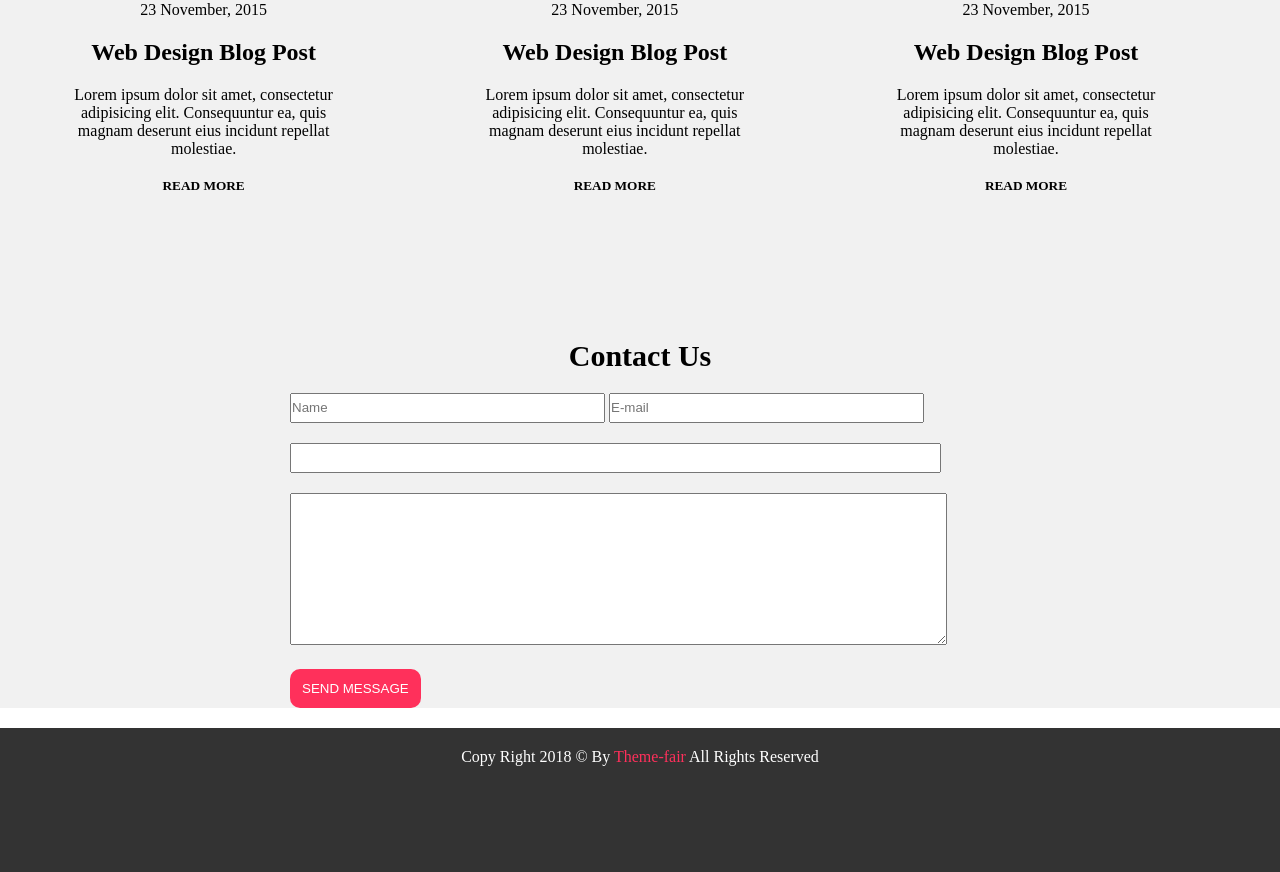
Repository: Ahmedalid/New-project
Page: Rout/index.html
These files come from the project's save history. The page is drawn as it stood at one moment and after the next save; the edit follows.
The browser window is 1280 px wide. The pictures show the part of the page from y = 3461 to 4333 px (the page is 4333 px tall).
A picture or video elsewhere on the page could not be fetched, so the positions and the page height are approximate.

Above is the page before, as saved 2023-05-24 20:01:17.

### Rout/index.html
<!DOCTYPE html>
<html lang="en">

<head>
    <meta charset="UTF-8">
    <meta http-equiv="X-UA-Compatible" content="IE=edge">
    <meta name="viewport" content="width=device-width, initial-scale=1.0">
    <link rel="stylesheet" href="https://cdnjs.cloudflare.com/ajax/libs/font-awesome/6.4.0/css/all.min.css">
    <link rel="stylesheet" href="css/style.css">
    <title>Document</title>
</head>

<body>
    <div class="bg-img" style="background-image: url(img/slider-02.jpg);">

        <div class="container pt">
            <div class="header-nav logo-nav">
                <h2>Fokir</h2>
            </div>
            <div class="header-nav">
                <ul>
                    <li><span class="nav-home">Home</span></li>
                    <li>About</li>
                    <li>Services </li>
                    <li>Portfolio</li>
                    <li>Testimonial</li>
                    <li>Blog </li>
                    <li>Contact</li>


                </ul>

            </div>
        </div>
        <div class="auto container">
            <h4 class="mt">Hello i'm</h4>
            <h1 class="mt">ALEX SMITH</h1>
            <p class="mt">Professional Web DesignerDesignerDeveloper</p>
        </div>

    </div>
    <div class="section-mt">
        <div class="section-2 container ">
            <div class="element-1">
                <span>
                    <img src="img/work-7.jpg" alt="Work-7">
                </span>
            </div>
            <div class="element-1">
                <h1><span>I</span>HELLO,</h1>
                <p class="mt">
                    Lorem ipsum dolor sit amet, consectetur adipisicing elit, sed do eiusmod tempor incididunt ut labore
                    et dolore magna aliqua. Ut enim ad minim veniam, quis nostrud exercitation ullamco laboris nisi ut
                    aliquip ex ea commodo consequat. Duis aute irure dolor in reprehenderit in voluptate velit esse
                    cillum dolore eu fugiat nulla pariatur. Excepteur sint occaecat cupidatat non proident, sunt in
                    culpa qui officia deserunt mollit anim id est laborum.
                </p>
                <div class="mt border"> </div>
                <div class="Name mt">
                    <div class="mt">Name: Rdam smith</div>
                    <div class="mt">Age: 26 Year</div>
                    <div class="mt">Freelance: Available</div>
                </div>
                <div class="Name mt">
                    <div class="mt">Job Title: UI/UX Designe</div>
                    <div class="mt">Location: United States, US</div>
                    <div class="mt">E-mail: example@gmail.com</div>
                </div>
                <div class="mt">
                    <button class="btn">Download CV <span><i class="fa fa-download"
                                aria-hidden="true"></i></span></button>

                    <button class="btn">Hire My <span><i class="fa fa-paper-plane"
                                aria-hidden="true"></i></span></button>
                </div>


            </div>
        </div>
    </div>
    <!-- section-3 -->
    <div class="section-bg">
        <section class="section-mt  ">
            <h1 class="pt">Our Services</h1>
            <div class="mt ">
                <div class="Services text-center">
                    <span class="mt"><i class="fa-solid fa-pen text-color"></i></span>
                    <h2 class="mt">UI/UX DESIGN</h2>
                    <p class="mt"> Lorem ipsum dolor sit amet, consectetur adipisicing elit. Ratione adipisci mollitia
                        quis
                        necstatibus.</p>
                </div>
                <div class="Services text-center">
                    <span class="mt"><i class="fa-solid fa-pen text-color"></i></span>
                    <h2 class="mt">APP DEVELOPMENT</h2>
                    <p class="mt"> Lorem ipsum dolor sit amet, consectetur adipisicing elit. Ratione adipisci mollitia
                        quis
                        necstatibus.</p>
                </div>
                <div class="Services text-center">
                    <span class="mt"><i class="fa-solid fa-pen text-color"></i></span>
                    <h2 class="mt">PRODUCT DESIGN</h2>
                    <p class="mt"> Lorem ipsum dolor sit amet, consectetur adipisicing elit. Ratione adipisci mollitia
                        quis
                        necstatibus.</p>
                </div>
                <div class="Services text-center">
                    <span class="mt"><i class="fa-solid fa-pen text-color"></i></span>
                    <h2 class="mt">UI/UX DESIGN</h2>
                    <p class="mt"> Lorem ipsum dolor sit amet, consectetur adipisicing elit. Ratione adipisci mollitia
                        quis
                        necstatibus.</p>
                </div>

            </div>
        </section>
    </div>
    <!-- section-4 -->
    <div class="">
        <section class="section-mt  ">
            <h1 class="pt">Our Portfolio</h1>
            <div class="text-center">
                <p class="p-Our">All</p>
                <p class="p-Our">GRAPHIC</p>
                <p class="p-Our">WEB DESIGN</p>
                <p class="p-Our">PRADNIG</p>
            </div>
            <div class="mt container">
                <div class="Portfolio text-center">
                    <span>
                        <img src="img/1.jpg" alt="">
                    </span>
                </div>
                <div class="Portfolio text-center">
                    <span>
                        <img src="img/2.jpg" alt="">
                    </span>
                </div>
                <div class="Portfolio text-center">
                    <span>
                        <img src="img/3.jpg" alt="">
                    </span>
                </div>
                <div class="Portfolio text-center">
                    <img src="img/5.jpg" alt="">
                </div>
                <div class="Portfolio text-center">
                    <img src="img/4.jpg" alt="">
                </div>
                <div class="Portfolio text-center">
                    <img src="img/6.jpg" alt="">
                </div>

            </div>
        </section>
    </div>

    <div class="section-bg">
        <section class="section-mt  ">
            <div class="mt ">
                <div class="Services text-center">
                    <span class="mt"><i class="fa-solid fa-pen text-color"></i></span>
                    <h2 class="mt">7</h2>
                    <p class="mt">Lorem, ipsum dolor.</p>
                </div>
                <div class="Services text-center">
                    <span class="mt"><i class="fa-solid fa-pen text-color"></i></span>
                    <h2 class="mt">9</h2>
                    <p class="mt"> Lorem ipsum dolor sit..</p>
                </div>
                <div class="Services text-center">
                    <span class="mt"><i class="fa-solid fa-pen text-color"></i></span>
                    <h2 class="mt">5</h2>
                    <p class="mt">Lorem ipsum dolor sit..</p>
                </div>
                <div class="Services text-center">
                    <span class="mt"><i class="fa-solid fa-pen text-color"></i></span>
                    <h2 class="mt">7</h2>
                    <p class="mt"> Lorem, ipsum dolor.</p>
                </div>

            </div>
        </section>
    </div>
    <section class="section-mt">
        <h1 class="text-center">Client's Feedback</h1>
        <div class="text-center mt">
            <img src="img/2 (1).jpg" alt="" class="w-3">
        </div>
    </section>
    <div class="section-bg">
        <section class="section-mt  ">
            <h1 class="pt">Our Blog</h1>
            <div class="mt ">
                <div class="Blog text-center">
                    <span class="mt">
                        <img src="img/1 (1).jpg" alt="">
                    </span>
                    <p class="mt">23 November, 2015</p>
                    <h2 class="mt"> Web Design Blog Post </h2>
                    <p class="mt">Lorem ipsum dolor sit amet, consectetur adipisicing elit. Consequuntur ea, quis magnam deserunt
                        eius incidunt repellat molestiae.</p>
                        <h5 class="mt">READ MORE </h5>


                </div>
                <div class="Blog text-center">
                    <span class="mt">
                        <img src="img/1 (1).jpg" alt="">
                    </span>
                    <p class="mt">23 November, 2015</p>
                    <h2 class="mt"> Web Design Blog Post </h2>
                    <p class="mt">Lorem ipsum dolor sit amet, consectetur adipisicing elit. Consequuntur ea, quis magnam deserunt
                        eius incidunt repellat molestiae.</p>
                        <h5 class="mt">READ MORE </h5>


                </div>
                <div class="Blog text-center">
                    <span class="mt">
                        <img src="img/1 (1).jpg" alt="">
                    </span>
                    <p class="mt">23 November, 2015</p>
                    <h2 class="mt"> Web Design Blog Post </h2>
                    <p class="mt">Lorem ipsum dolor sit amet, consectetur adipisicing elit. Consequuntur ea, quis magnam deserunt
                        eius incidunt repellat molestiae.</p>
                        <h5 class="mt">READ MORE </h5>


                </div>



            </div>
        </section>
        <section class="section-mt">
            <div class="text-center">
                <h1>Contact Us</h1>

            </div>
            <div class="Contact">
                <div class="mt">
                 <input type="text" placeholder="Name" class="w-5 h-input" name="" id="">
                <input type="text" name="" id="" placeholder="E-mail" class="w-5 input-l h-input">
                <input type="text" class="w-10 mt h-input" name="" id="">
                <textarea name="" class="mt" id="" cols="80" rows="10"></textarea>
                <button class="btn mt">SEND MESSAGE</button>
                </div>
            </div>
        </section>
    </div>
    <footer class="mt">
        <div class="text-center">
            <span></span>

            <p class="mt">Copy Right 2018 © By <span class="Theme-fair">Theme-fair</span> All Rights Reserved</p>
        </div>
    </footer>
</body>

</html>

### Rout/css/style.css
*{
    margin: 0;
    padding: 0;
    box-sizing: border-box;
}
.container{
    margin: auto 111px;
}
.bg-img{
    background-repeat: no-repeat;
    background-size: cover;
    height: 100vh;
}
.header-nav{
    display: inline-block;
    width: 49%;
    color: white;
}
.pt{
    padding-top: 25px;
}
.mt{
    margin-top: 20px;
}
.logo-nav h2{
    color: #ff305b;
    font-weight: bold;
    cursor: pointer;
    transition: 1.5s;
}
.logo-nav h2:hover{
    text-decoration: underline;
}
.header-nav ul li{
    display: inline-block;
    padding-left: 17px;
}
.nav-home{
    color: #ff305b;
}
.header-nav ul li:hover{
    text-decoration: underline;
    color: #ff305b;
    cursor: pointer;
}
.auto{
    /* margin: auto; */
    padding-top: 230px;
    color: white;
    text-align: center;
    font-weight: bold;
}
.element-1{
    display: inline-block;
    width: 49%;
    vertical-align: top;
}
.element-1 h1 span{
    color: #ff305b;
}
.border{
    border: dotted 1px black;
}
.Name{
    display: inline-block;
    width: 48%;
}
.section-mt{
    margin-top: 30px;
}
.btn{
    border: none;
    outline: none;
    background-color: #ff305b;
    color: white;
    padding: 12px;
    border-radius: 10px;
    cursor: pointer;
    transition: 0.5s;
}
.btn:hover{
    background-color: #ec2403;
}
.btn span i{
    margin-left: 7px;
}
.section-mt h1{
    text-align: center;
    font-size: 30px;
    font-weight: bold;
    padding-top: 100px;
}
.section-bg{
    background-color: #f1f1f1;

}
.Services{
    margin: auto 50px;
    display: inline-block;
    width: 15%;
    padding: 15px;
    cursor: pointer;
    transition: width 2s;
}
.text-color{
    color: #ff305b;
}
.text-center{
    text-align: center;
}
.Services:hover{
    background-color: white;
    width: 20%;

}

.Portfolio{
    /* margin: auto 50px; */
    display: inline-block;
    width: 33%;
    /* padding: 15px; */
    cursor: pointer;
    transition: width 2s;
}
img{
    width: 100%;
}
.p-Our{
    display: inline-block;
    text-align: center;
    margin-top: 15px;
    padding-left: 20px;
    transition: all 0.5s;
    cursor: pointer;
}
.p-Our:hover{
    border-bottom: 1px solid #ff305b;
}
.w-3{
    width: 30%;
}
.Blog{
    margin: auto 50px;
    display: inline-block;
    width: 24%;
    padding: 15px;
    cursor: pointer;
    transition: width 2s;
}
.Contact{
    margin: auto 290px;
}
.w-5{
    width: 45%;
}
.h-input{
    height: 30px;
}
.w-10{
    width: 93%;
}
.Theme-fair{
    color: #ff305b;
}
footer{
    background-color: #333333;
    height: 20vh;
overflow: auto;
color: white;
}

After the next save:
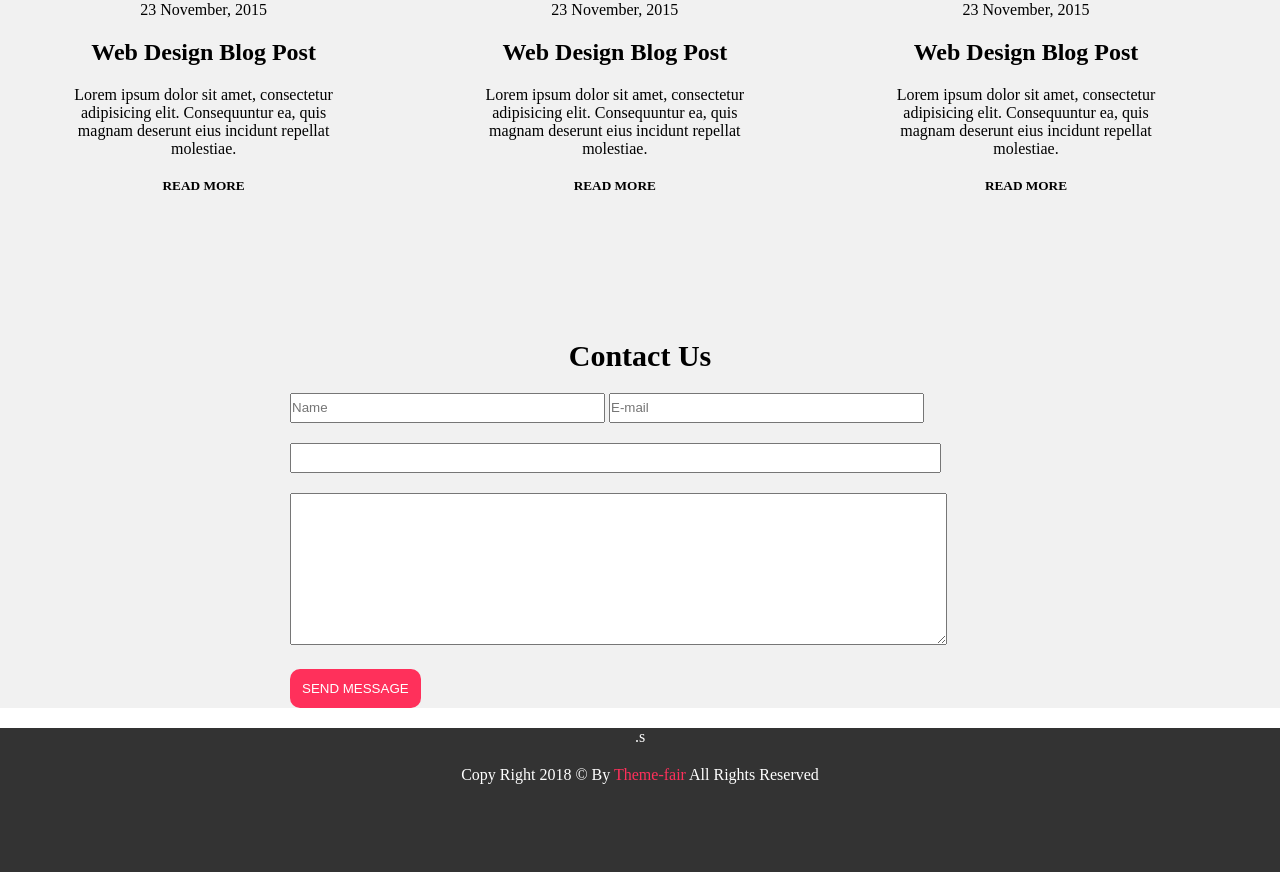
Saved 26 s later.
--- a/Rout/index.html
+++ b/Rout/index.html
@@ -251,7 +251,7 @@
     </div>
     <footer class="mt">
         <div class="text-center">
-            <span></span>
+            .s
 
             <p class="mt">Copy Right 2018 © By <span class="Theme-fair">Theme-fair</span> All Rights Reserved</p>
         </div>

After the save that followed:
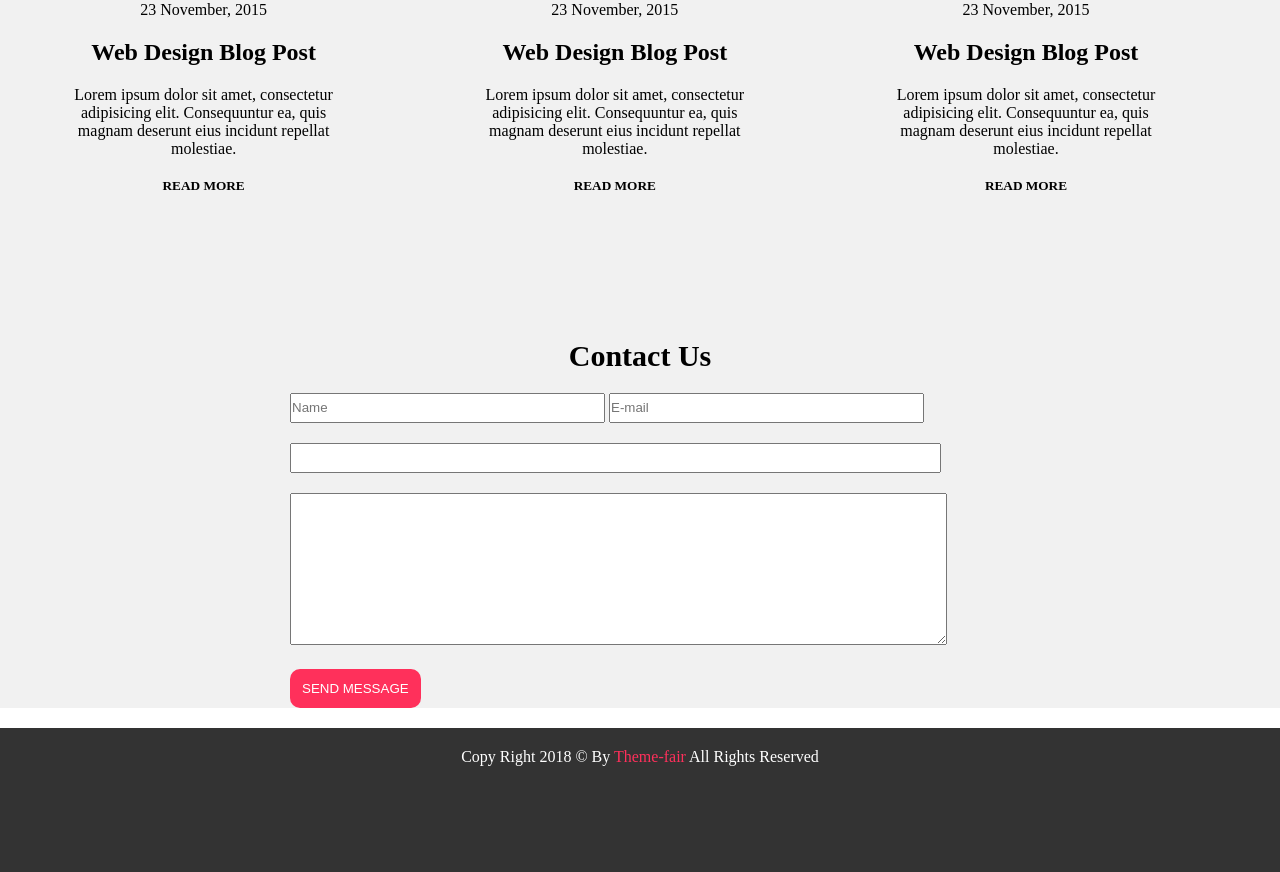
Saved 4 s later.
--- a/Rout/index.html
+++ b/Rout/index.html
@@ -251,7 +251,9 @@
     </div>
     <footer class="mt">
         <div class="text-center">
-            .s
+            <div class="soshal">
+
+            </div>
 
             <p class="mt">Copy Right 2018 © By <span class="Theme-fair">Theme-fair</span> All Rights Reserved</p>
         </div>
